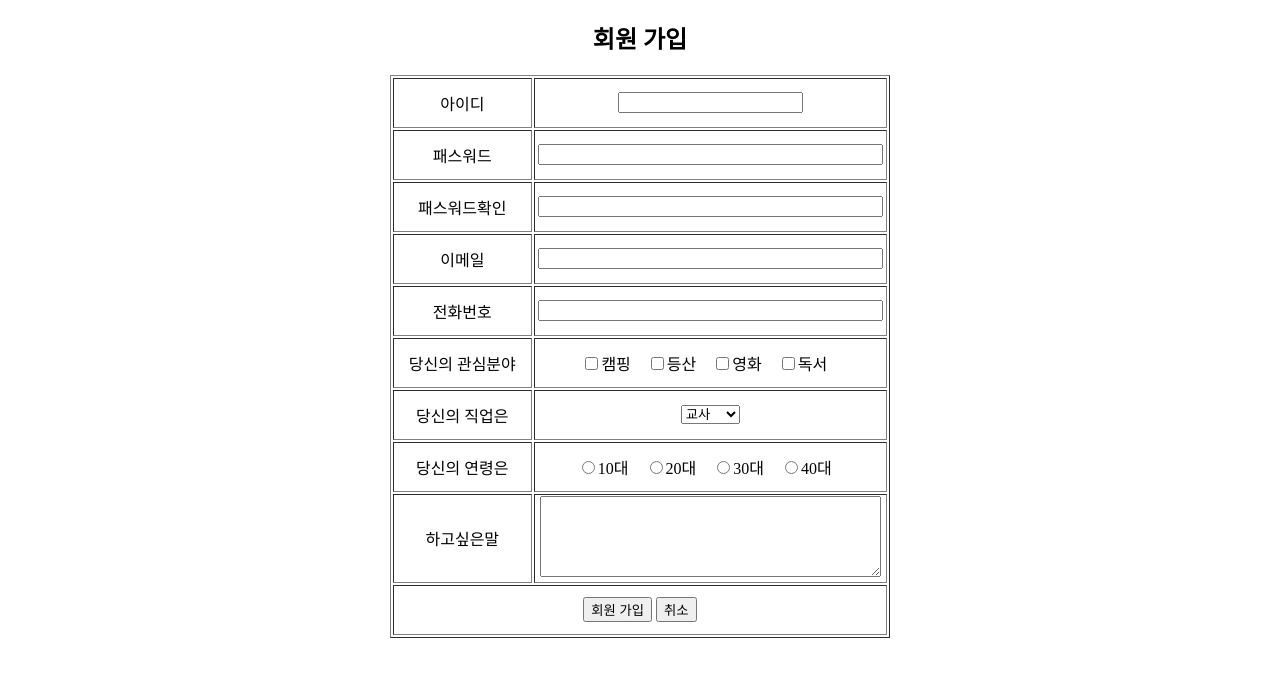
Repository: kdw1437/CreateBoardProject
Page: http://localhost/JSP2/RequestJoin.jsp
The author's editor kept a copy of each file at every save. The page is drawn from the files as they stood at one save, then again after the next save.
The browser window is 1280 px wide. The pictures show the whole page.
The page is served by Tomcat 9.

Above is the page before, as saved 2024-08-05 13:54:28.

### JSP2/src/main/webapp/RequestJoin.jsp
<%@ page language="java" contentType="text/html; charset=EUC-KR"
    pageEncoding="EUC-KR"%>
<!DOCTYPE html>
<html>
<body>

	<center>
	<h2> 회원 가입 </h2>
	<form action="RequestJoinProc.jsp" methods="post">

	<table width="500" border="1">
	<tr height="50">
		<td width="150" align="center"> 아이디 </td>
		<td width="350" align="center"> <input type="text" name="id" size="20"> </td>
	</tr>
	<tr height="50">
		<td width="150" align="center"> 패스워드 </td>
		<td width="350" align="center"> <input type="password" name="pass1" size="40"> </td>
	</tr>
	<tr height="50">
		<td width="150" align="center"> 패스워드확인 </td>
		<td width="350" align="center"> <input type="password" name="pass2" size="40"> </td>
	</tr>
	<tr height="50">
		<td width="150" align="center"> 이메일 </td>
		<td width="350" align="center"> <input type="email" name="email" size="40"> </td>
	</tr>
	<tr height="50">
		<td width="150" align="center"> 전화번호 </td>
		<td width="350" align="center"> <input type="tel" name="tel" size="40"> </td>
	</tr>
	<tr height="50">
	 	<td width="150" align="center"> 당신의 관심분야 </td>
	 	<td width="350" align="center">
	 	<input type="checkbox" name="hobby" value="캠핑">캠핑 &nbsp;&nbsp;
	 	<input type="checkbox" name="hobby" value="등산">등산 &nbsp;&nbsp;
	 	<input type="checkbox" name="hobby" value="영화">영화 &nbsp;&nbsp;
	 	<input type="checkbox" name="hobby" value="독서">독서 &nbsp;&nbsp;
		</td>
	</tr>

	<tr height="50">
		<td width="150" align="center"> 당신의 직업은 </td>
		<td width="350" align="center">
		<select name="job">
		<option value="교사">교사</option>
		<option value="변호사">변호사</option>
		<option value="의사">의사</option>
		<option value="기술사">기술사</option>
		</select>
		</td>
	</tr>
	<tr height="50">
		<td width="150" align="center"> 당신의 연령은</td>
		<td width="350" align="center">
	 	<input type="radio" name="age" value="10">10대 &nbsp;&nbsp;
	 	<input type="radio" name="age" value="20">20대 &nbsp;&nbsp;
	 	<input type="radio" name="age" value="30">30대 &nbsp;&nbsp;
	 	<input type="radio" name="age" value="40">40대 &nbsp;&nbsp;
	</tr>

	<tr height ="50">
		<td width="150" align="center"> 하고싶은말 </td>
		<td width="350" align="center">
		<textarea rows="5" cols="40" name="info"></textarea>
		</td>
	</tr>

	<tr height="50">
		<td align="center" colspan="2">
		<input type="submit" value="회원 가입">
		<input type="reset" value="취소">
		</td>
	</tr>
	</table>

	</form>
	</center>

</body>
</html>

After the next save:
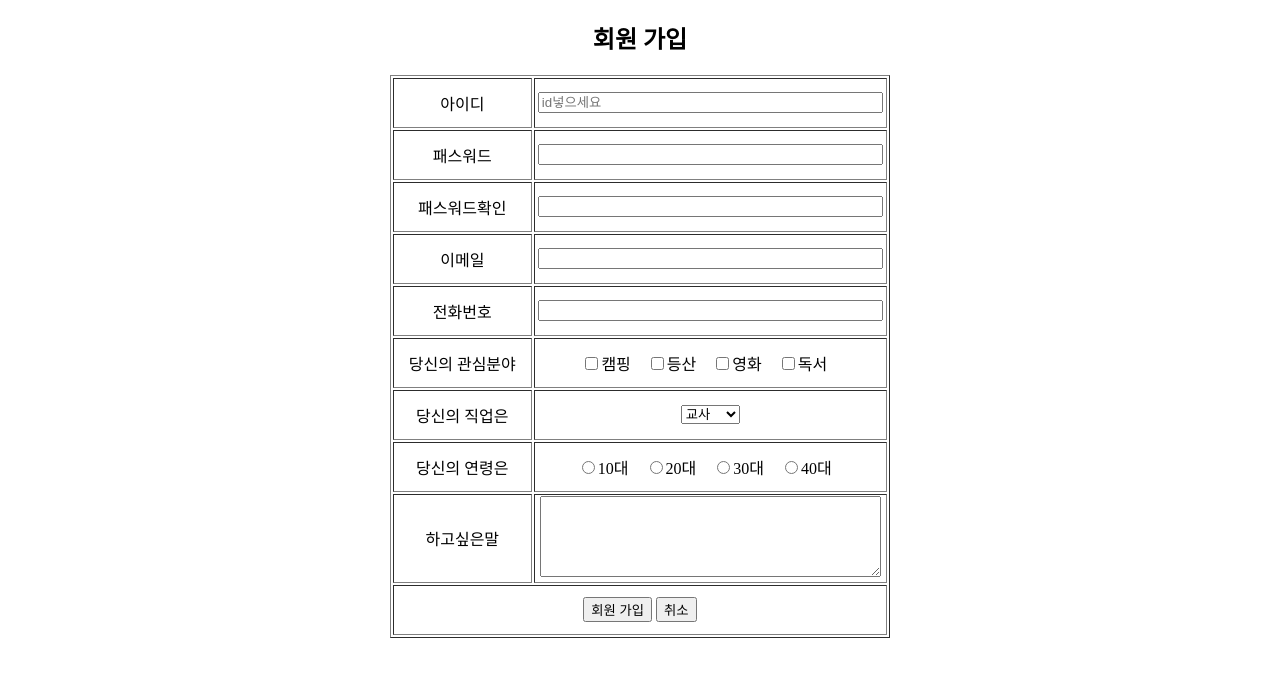
Saved 2 min 36 s later.
--- a/JSP2/src/main/webapp/RequestJoin.jsp
+++ b/JSP2/src/main/webapp/RequestJoin.jsp
@@ -11,7 +11,7 @@
 	<table width="500" border="1">
 	<tr height="50">
 		<td width="150" align="center"> 아이디 </td>
-		<td width="350" align="center"> <input type="text" name="id" size="20"> </td>
+		<td width="350" align="center"> <input type="text" name="id" size="40" placeholder="id넣으세요"> </td>
 	</tr>
 	<tr height="50">
 		<td width="150" align="center"> 패스워드 </td>
